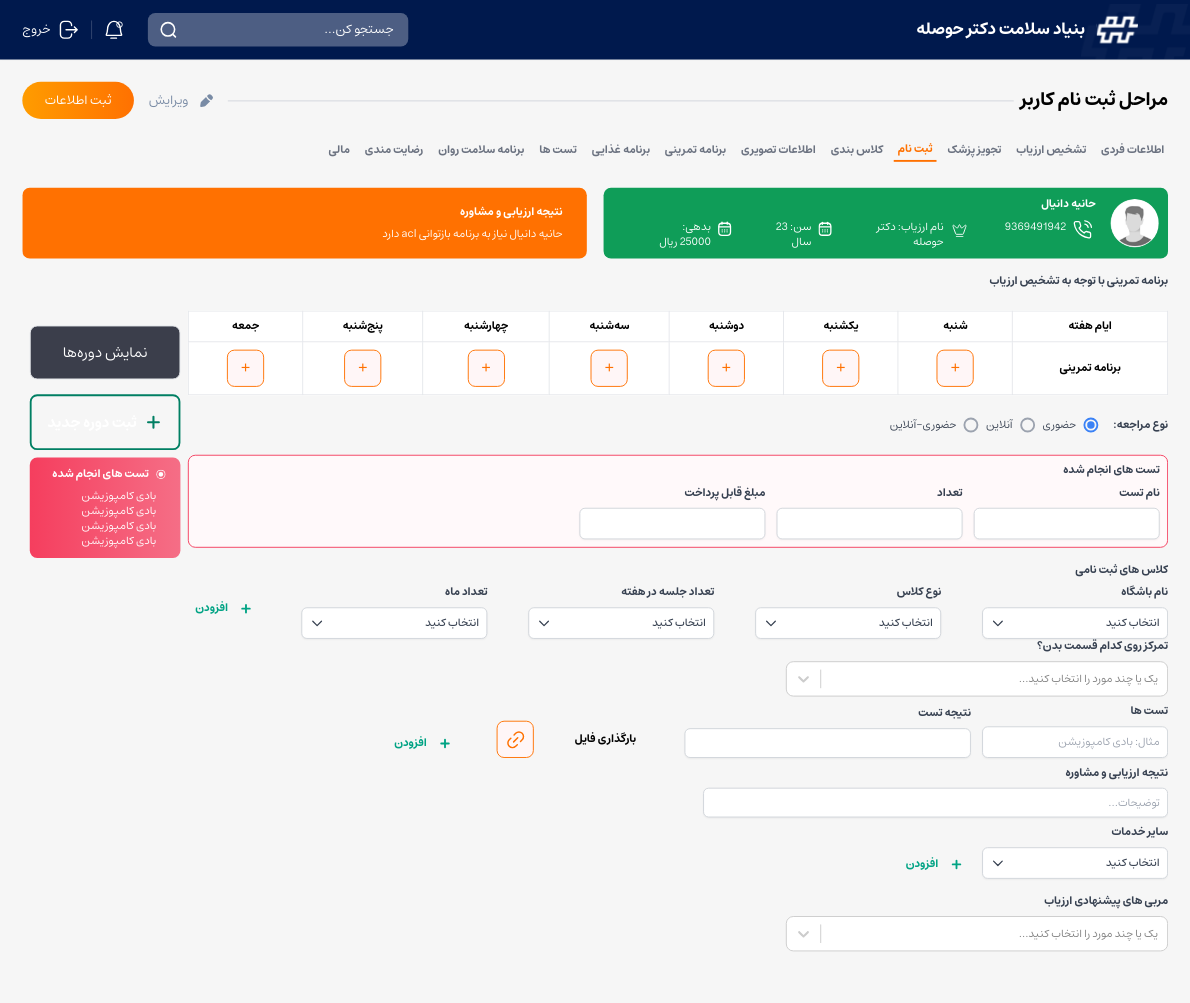
Repository: mirnajafi/ERP_hoseleh_V1.0
Page: /register, after clicking the first element matching `div.flex > :nth-child(4)`
These files come from the project's save history. The page is drawn as it stood at one moment and after the next save; the edit follows.
The browser window is 1280 px wide. The pictures show the whole page, at 93% of full size.
Some web fonts or font styles are not loaded; a fallback is used. The project was rebuilt for these pictures with package versions that can differ from the ones it lists, and the page was loaded fresh each time. The framework's server and built-in components were replaced by stand-ins that run in the browser. Also part of the build but not shown: next.config.mjs, src/components/icons/trash.tsx, src/components/weekTable/weekTable.css, src/components/icons/copy.tsx, src/components/recognitionEvaluator/recognitionEvaluator.tsx.

Above is the page before, as saved 2025-02-28 23:56:47.

### src/app/layout.tsx
/* eslint-disable @next/next/no-img-element */
import type { Metadata } from "next";
import Header from "@/components/layout/Header";
import "@/app/globals.css";


export const metadata: Metadata = {
  title: "دکتر حوصله",
  description: "بنیاد سلامت دکتر حوصله",
};

export default function RootLayout({ children }: { children: React.ReactNode }) {
  return (
    <html lang="fa" dir="rtl">
      <body className="bg-dashboard-bg min-h-screen">
        {/* Header includes SidebarToggle, so no need to add Sidebar separately */}
        <Header />
        {/* Main Content Area */}
        <main className="transition-all duration-300 mt-16 p-6">
          {children}
        </main>

      </body>
    </html>
  );
}

### src/app/globals.css
@tailwind base;
@tailwind components;
@tailwind utilities;

@font-face {
  font-family: 'Estedad';
  src: url('/fonts/Estedad-Regular.woff2') format('woff2');
  font-weight: normal;
  font-style: normal;
  font-display: swap;
}

@font-face {
  font-family: 'Estedad';
  src: url('/fonts/Estedad-Bold.woff2') format('woff2');
  font-weight: bold;
  font-style: normal;
  font-display: swap;
}

@font-face {
  font-family: 'Estedad';
  src: url('/fonts/Estedad-Medium.woff2') format('woff2');
  font-weight: 500;
  font-style: normal;
  font-display: swap;
}

@font-face {
  font-family: 'Estedad';
  src: url('/fonts/Light.woff2') format('woff2');
  font-weight: 400;
  font-style: normal;
  font-display: swap;
}

@layer base {
  html {
    font-family: 'Estedad'
  }
}

### src/components/formTab/formTab.tsx
import { useState } from "react";

interface Tab {
  label: string;
  content: React.ReactNode;
}

interface TabsProps {
  tabs: Tab[];
  defaultIndex?: number;
}

const Tabs: React.FC<TabsProps> = ({ tabs, defaultIndex = 0 }) => {
  const [activeIndex, setActiveIndex] = useState(defaultIndex);

  return (
    <div className="w-full overflow-hidden">
      <div className="flex py-3 overflow-x-auto whitespace-nowrap">
        {tabs.map((tab, index) => (
          <button
            key={index}
            className={`ml-2 p-1 text-nowrap text-xs font-bold text-sm focus:outline-none ${activeIndex === index
                ? "border-b-2 border-[#FF7101] text-[#FF7101]"
                : "text-gray-500 hover:text-[#FF7101]"
              }`}
            onClick={() => setActiveIndex(index)}
          >
            {tab.label}
          </button>
        ))}
      </div>

      <div className="py-4">{tabs[activeIndex].content}</div>
    </div>
  );
};

export default Tabs;

### src/components/registration/registration.tsx
import Select from "react-select/base";
import WeekTable from "../weekTable/weekTable";
import TransparentBtn from "../transparentBtn/transparentBtn";
import Dropdown from "../dropdown/dropdown";
import InputDescription from "../inputDescription/inputDescription";
import FileUploader from "../fileUploader/fileUploader";
import Input from "../input/input";
import InformationUserBox from "../informationUserBox/informationUserBox";
import { useState } from "react";
import ResultBox from "../resultBox/resultBox";
import PlusIcon from "../icons/plus";
import LeftSideBox from "../leftSideBox/leftSideBox";
import RadioButton from "../radioBtn/radioBtn";

const Registration = () => {

    const [selectedOptions, setSelectedOptions] = useState([]);


    const handleSelect = (option: string) => {
        console.log("انتخاب شده:", option);
    };
    const handleFileUpload = (files: File[]) => {
        console.log("فایل‌های آپلود شده:", files);
    };

    const [selected, setSelected] = useState<string>("option1");


    const [selectedDay, setSelectedDay] = useState<string>("");

    const handleDaySelect = (day: string) => {
        setSelectedDay(day);
    };

    return (
        <div>
            <div className="w-full flex flex-row">
                <InformationUserBox name="حانیه دانیال" age="23" phoneNumber={'9369491942'} evaluator="دکتر حوصله" debt="25000" imageSrc="/images/defaultUser.png" className="w-1/2 lg:ml-2" />
                <ResultBox resultText={"حانیه دانیال نیاز به برنامه بازتوانی acl دارد"} className="w-1/2 lg:mr-2" />
            </div>



            <div className="flex flex-row  my-4 items-center">
                <label className="mb-2 text-xs font-bold text-gray-700 ml-2">برنامه تمرینی با توجه به تشخیص ارزیاب</label>

            </div>

            <div className="w-full flex flex-row">

                <div className="w-full flex flex-col">
                    <WeekTable
                        apiUrl="https://api.majidvalizadeh.com/jalali/next7"
                        selectedDay={selectedDay}
                        onDaySelect={handleDaySelect}
                    />
                    <div className="flex flex-row my-4">
                        <label className="my-2 text-xs font-bold text-gray-700 ml-4">نوع مراجعه:</label>
                        <RadioButton
                            label="حضوری"
                            name="options"
                            value="option1"
                            checked={selected === "option1"}
                            onChange={setSelected}
                        />
                        <RadioButton
                            label="آنلاین"
                            name="options"
                            value="option2"
                            checked={selected === "option2"}
                            onChange={setSelected}
                        />
                        <RadioButton
                            label="حضوری-آنلاین"
                            name="options"
                            value="option3"
                            checked={selected === "option3"}
                            onChange={setSelected}
                        />
                    </div>


                    <div className="w-full xl:py-2 my-0  flex flex-col  border border-[#F53E5E] rounded-[8px] p-[8px] bg-[#FFF9FA]">
                        <label className="text-xs font-bold text-gray-700 ml-4">تست های انجام شده</label>

                        <div className="flex flex-row">
                            <Input
                                label="نام تست"
                                type="text"
                                value={''}
                                onChange={() => { }}
                                placeholder=""
                            />
                            <Input
                                label="تعداد "
                                type="text"
                                value={''}
                                onChange={() => { }}
                                placeholder=""
                            />

                            <Input
                                label="مبلغ قابل پرداخت"
                                type="text"
                                value={''}
                                onChange={() => { }}
                                placeholder=""
                            />
                        </div>
                    </div>

                    <div className="flex flex-col  w-full xl:items-start xl:justify-right ">
                        <label className="text-xs font-bold text-gray-700 ml-4 mt-4">کلاس های ثبت نامی</label>
                        <div className="w-full flex flex-row items-end justify-between">
                            <Dropdown
                                label=" نام باشگاه"
                                options={["گزینه 1", "گزینه 2", "گزینه 3"]}
                                onSelect={handleSelect}
                            />
                            <Dropdown
                                label="نوع کلاس"
                                options={["گزینه 1", "گزینه 2", "گزینه 3"]}
                                onSelect={handleSelect}
                            />
                            <Dropdown
                                label="تعداد جلسه در هفته"
                                options={["گزینه 1", "گزینه 2", "گزینه 3"]}
                                onSelect={handleSelect}
                            />
                            <Dropdown
                                label="تعداد ماه"
                                options={["گزینه 1", "گزینه 2", "گزینه 3"]}
                                onSelect={handleSelect}
                            />
                            <TransparentBtn label='افزودن' />
                        </div>
                    </div>
                </div>

                <div className="w-1/6 p-2 flex flex-col">
                    <button className="bg-[#3B3E4B] text-white p-4 w-full border rounded-[8px] my-2">نمایش دوره‌ها</button>
                    <button className="bg-transparent text-[#007F63] text-white p-4 w-full border-2 border-[#007F63] rounded-[8px] flex items-center justify-center font-bold my-2"><PlusIcon width={20} height={20} /> ثبت دوره جدید</button>
                    <LeftSideBox title={"تست های انجام شده"} test1={"بادی کامپوزیشن"} />
                </div>
            </div>


            <div className="flex flex-col  w-ful xl:w-1/3">
                <label className="mb-2 text-xs font-bold text-gray-700">تمرکز روی کدام قسمت بدن؟</label>
                <Select
                    isMulti
                    options={[
                        { value: "apple", label: "سیب" },
                        { value: "banana", label: "موز" },
                        { value: "orange", label: "پرتقال" },
                        { value: "grape", label: "انگور" },
                        { value: "watermelon", label: "هندوانه" },
                    ]}
                    value={selectedOptions}
                    onChange={setSelectedOptions}
                    placeholder="یک یا چند مورد را انتخاب کنید..."
                    noOptionsMessage={() => "موردی یافت نشد"}
                    isClearable
                    isSearchable
                    className="text-xs "
                    styles={{
                        control: (base) => ({
                            ...base,
                            borderRadius: "8px",
                            borderColor: "#ccc",
                            boxShadow: "none",
                            "&:hover": { borderColor: "#888" },
                        }),
                    }}
                />
            </div>
            <div className="flex flex-col xl:flex-row w-full xl:items-end xl:justify-right ">
                <Input
                    label="تست ها"
                    type="text"
                    value={''}
                    onChange={() => { }}
                    placeholder="مثال: بادی کامپوزیشن "
                />
                <InputDescription
                    label="نتیجه تست"
                    value={''}
                    placeholder=""
                    className="xl:w-1/4 max-w-[500px]"
                />

                <FileUploader onFileUpload={handleFileUpload} accept="image/*" multiple />
                <TransparentBtn label='افزودن' />
            </div>
            <div className="flex flex-col xl:flex-row w-full xl:items-end xl:justify-right ">

                <InputDescription
                    label="نتیجه ارزیابی و مشاوره"
                    value={''}
                    placeholder="توضیحات..."
                    className="xl:w-1/2 max-w-[500px]"
                    height="h-24"
                />

            </div>


            <div className="flex flex-col xl:flex-row w-full xl:items-end xl:justify-right ">
                <Dropdown
                    label="سایر خدمات"
                    options={["گزینه 1", "گزینه 2", "گزینه 3"]}
                    onSelect={handleSelect}
                />
                <TransparentBtn label='افزودن' />

            </div>
            <div className="flex flex-col  w-ful xl:w-1/3 my-4">
                <label className="mb-2 text-xs font-bold text-gray-700">مربی های پیشنهادی ارزیاب</label>
                <Select
                    isMulti
                    options={[
                        { value: "apple", label: "سیب" },
                        { value: "banana", label: "موز" },
                        { value: "orange", label: "پرتقال" },
                        { value: "grape", label: "انگور" },
                        { value: "watermelon", label: "هندوانه" },
                    ]}
                    value={selectedOptions}
                    onChange={setSelectedOptions}
                    placeholder="یک یا چند مورد را انتخاب کنید..."
                    noOptionsMessage={() => "موردی یافت نشد"}
                    isClearable
                    isSearchable
                    className="text-xs "
                    styles={{
                        control: (base) => ({
                            ...base,
                            borderRadius: "8px",
                            borderColor: "#ccc",
                            boxShadow: "none",
                            "&:hover": { borderColor: "#888" },
                        }),
                    }}
                />
            </div>


        </div>
    )

}
export default Registration;

### src/components/SearchInput/SearchInput.tsx
/* eslint-disable @next/next/no-img-element */
"use client";

interface SearchInputProps {
  placeholder?: string;
  className?: string;
}

export default function SearchInput({ placeholder = "جستجو کن...", className = "" }: SearchInputProps) {
  return (
    <div className="relative w-[280px]">
      <input
        type="text"
        placeholder={placeholder}
        className={`w-full h-9 bg-white bg-opacity-30 rounded-lg px-4 text-white placeholder:text-white text-sm focus:outline-none ${className}`}
      />
      <img
        src="/icons/left-icon.svg"
        alt="search"
        className="absolute left-2 top-1/2 -translate-y-1/2 w-7 h-7 brightness-0 invert"
      />
    </div>
  );
}

### src/components/formHeader/formHeader.css
.customeGradient{
    background: linear-gradient(270deg, #FF7101 0%, #FF9C00 100%);
    color: white;
    border-radius: 50px;
    padding:  10px 24px;
}

### src/components/transparentBtn/transparentBtn.tsx
'use client'; // اضافه کردن این خط برای فعال کردن کامپوننت در Client-side

import React from "react";

interface BtnProps {
    label: string;
}

const TransparentBtn: React.FC<BtnProps> = ({ label }) => {

    return (
        <div className="w-250px text-[#01A384] h-full flex xl:items-center xl:justify-center">
            <button className="flex flex-row p-2  h-full flex items-center justify-center font-bold text-xs
">
                <svg width="15" height="15" viewBox="0 0 14 15" fill="none" xmlns="http://www.w3.org/2000/svg" className="ml-3">
                    <path d="M7 3.41666V11.5833" stroke="#01A384" stroke-width="2" stroke-linecap="round" stroke-linejoin="round" />
                    <path d="M2.91602 7.5H11.0827" stroke="#01A384" stroke-width="2" stroke-linecap="round" stroke-linejoin="round" />
                </svg>
                {label}
            </button>
        </div>
    );
};

export default TransparentBtn;

### src/components/inputDescription/inputDescription.tsx
'use client';  // اضافه کردن این خط برای فعال کردن کامپوننت در Client-side

import React from "react";

interface InputProps {
  label: string;
  value: string;
  placeholder?: string;
  required?: boolean;
  className?: string;
  height?:string;
}

const InputDescription: React.FC<InputProps> = ({
  label,
  value,
  placeholder,
  required = false,
  className = "",
  height
}) => {
  return (
    <div className={`w-full xl:w-1/2 ml-3 max-w-[500px] ${className}`}>
      <label className="block text-xs text-gray-700 mb-2 mt-4 xl:my-2 font-bold font-bold">{label}</label>

      <textarea
        value={value}
        placeholder={placeholder}
        required={required}
        className={`block w-full h-8 ${height} p-2 resize-none max-w-200 overflow-hidden text-xs border border-gray-300 rounded-md shadow-sm focus:outline-none focus:ring-2 focus:ring-indigo-500 focus:border-indigo-500`}
      />
    </div>
  );
};

export default InputDescription;

### src/components/resultBox/resultBox.tsx
'use client';

import React from "react";
import './resultBox.css';


interface ResultBoxProps {
    resultText: string;
    className?: string;
}

const ResultBox: React.FC<ResultBoxProps> = ({
    resultText,
    className
}) => {
    return (
        <div className={`w-full flex flex-col lg:flex-row containResultBox text-xs ${className}`}>
            <div className="flex flex-col mr-4">
                <div className="font-bold">نتیجه ارزیابی و مشاوره</div>
                <div className="flex flex-col justify-center items-start lg:flex-row mt-2">
                    <span className="ml-10 flex flex-row-reverse">{resultText}</span>
                </div>
            </div>
        </div>
    );
};

export default ResultBox;

### src/components/icons/plus.tsx
'use client';

import React from "react";

interface IconProps {
    width?: number;
    height?: number;
    color?: string;
}

const PlusIcon: React.FC<IconProps> = ({ width, height }) => {
    return (
        <svg width={width} height={height} viewBox="0 0 36 36" fill="none" className="ml-2" xmlns="http://www.w3.org/2000/svg">
        <path d="M18 7.5V28.5" stroke="#007F63" stroke-width="4" stroke-linecap="round" stroke-linejoin="round"/>
        <path d="M7.5 18H28.5" stroke="#007F63" stroke-width="4" stroke-linecap="round" stroke-linejoin="round"/>
        </svg>


    );
};

export default PlusIcon;

### src/components/radioBtn/radioBtn.tsx
import React from "react";

interface RadioButtonProps {
  label: string;
  name: string;
  value: string;
  checked: boolean;
  onChange: (value: string) => void;
}

const RadioButton: React.FC<RadioButtonProps> = ({ label, name, value, checked, onChange }) => {
  return (
    <label className="flex items-center space-x-2 cursor-pointer text-xs">
      <input
        type="radio"
        name={name}
        value={value}
        checked={checked}
        onChange={() => onChange(value)}
        className="hidden"
      />
      <div
        className={`w-4 h-4 rounded-full border-2 ${
          checked ? "border-blue-500" : "border-gray-400"
        } flex items-center justify-center transition-all`}
      >
        {checked && <div className="w-2 h-2 bg-blue-500 rounded-full" />}
      </div>
      <span className="text-gray-700">{label}</span>
    </label>
  );
};

export default RadioButton;

### src/components/icons/uploader.tsx
'use client';

import React from "react";

interface IconProps {
    width?: number;
    height?: number;
    color?: string;
}

const UploaderIcon: React.FC<IconProps> = ({ width, height }) => {
    return (<svg width={width} height={height} viewBox="0 0 24 24" fill="none" xmlns="http://www.w3.org/2000/svg">
        <path d="M14.1211 9.87866L9.87845 14.1213" stroke="#FF7101" stroke-width="1.5" stroke-linecap="round" />
        <path d="M10.334 7.00003L12.0006 5.33336C13.8416 3.49239 16.8264 3.49239 18.6673 5.33335V5.33335C20.5083 7.17431 20.5083 10.1591 18.6673 12.0001L17.0007 13.6667" stroke="#FF7101" stroke-width="1.5" stroke-linecap="round" />
        <path d="M13.666 17L11.9994 18.6666C10.1584 20.5076 7.17362 20.5076 5.33266 18.6666V18.6666C3.4917 16.8257 3.4917 13.8409 5.33266 11.9999L6.99934 10.3333" stroke="#FF7101" stroke-width="1.5" stroke-linecap="round" />
    </svg>
    );
};

export default UploaderIcon;

### src/components/informationUserBox/informationUserBox.css
.containInfoBox {
  background: #0f9d58;
  color: white;
  justify-content: right;
  align-items: center;
  padding: 10px;
  border-radius: 8px;
}
.imageUser {
  border-radius: 100%;
}

### src/components/resultBox/resultBox.css
.containResultBox {
  background: #FF7101;
  color: white;
  justify-content: right;
  align-items: center;
  padding: 10px;
  border-radius: 8px;
  margin-right: 10px;
}

### src/components/leftSideBox/leftSideBox.css
.containLeftSideBox {
  background: linear-gradient(270deg, #F56E86 0%, #F53E5E 100%);
  color: white;
  justify-content: right;
  align-items: center;
  padding: 10px;
  border-radius: 8px;
}
.special-margin{
  margin-right: -10px;
}

### src/components/icons/circle.tsx

'use client';

import React from "react";

interface IconProps {
    width?: number;
    height?: number;
    color?: string;
}

const CircleIcon: React.FC<IconProps> = ({ width = 21, height = 22 }) => {
    return (
        <svg width={width} height={height} viewBox="0 0 12 12" className="ml-2" fill="none" xmlns="http://www.w3.org/2000/svg">
            <rect width="12" height="12" rx="6" fill="white" />
            <rect x="2" y="2" width="8" height="8" rx="4" fill="white" />
            <rect x="2" y="2" width="8" height="8" rx="4" stroke="#F56B84" stroke-width="2" />
        </svg>

    );
};

export default CircleIcon;

### tailwind.config.ts
import type { Config } from "tailwindcss";

const config: Config = {
  content: [
    "./src/pages/**/*.{js,ts,jsx,tsx,mdx}",
    "./src/components/**/*.{js,ts,jsx,tsx,mdx}",
    "./src/containers/**/*.{js,ts,jsx,tsx,mdx}",
    "./src/app/**/*.{js,ts,jsx,tsx,mdx}",
  ],
  theme: {
    extend: {
      colors: {
        "deep-blue": "#1E3A8A",
        "green": "#8BC34A",
        "orange": "#F97316",
        "red": "#E02D40",
        "yellow": "#FBBF24",
        background: "var(--background)",
        foreground: "var(--foreground)",
        secondry: {
          blue: {
            900: "#00194D",
          },
        },
        primery: {
          600: "#FF7101"
        },
        dashboard: {
          bg: "#F6F6F6"
        }
      },
    },
  },
  plugins: [],
};
export default config;

Loaded but not shown: src/components/personalInfo/personalInfo.tsx (302 lines, source omitted); src/components/weekTable/weekTable.tsx (87 lines, source omitted); src/components/dropdown/dropdown.tsx (69 lines, source omitted); src/components/icons/evaluator.tsx (26 lines, source omitted); src/components/inputDate/inputDate.tsx (67 lines, source omitted); src/components/informationUserBox/informationUserBox.tsx (61 lines, source omitted); src/components/icons/calendar.tsx (35 lines, source omitted); src/components/icons/phoneNumber.tsx (20 lines, source omitted); src/components/formHeader/formHeader.tsx (32 lines, source omitted); src/components/fileUploader/fileUploader.tsx (54 lines, source omitted); src/components/layout/Header.tsx (44 lines, source omitted); src/app/register/page.tsx (48 lines, source omitted); src/components/leftSideBox/leftSideBox.tsx (35 lines, source omitted); src/components/input/input.tsx (40 lines, source omitted)

After the next save:
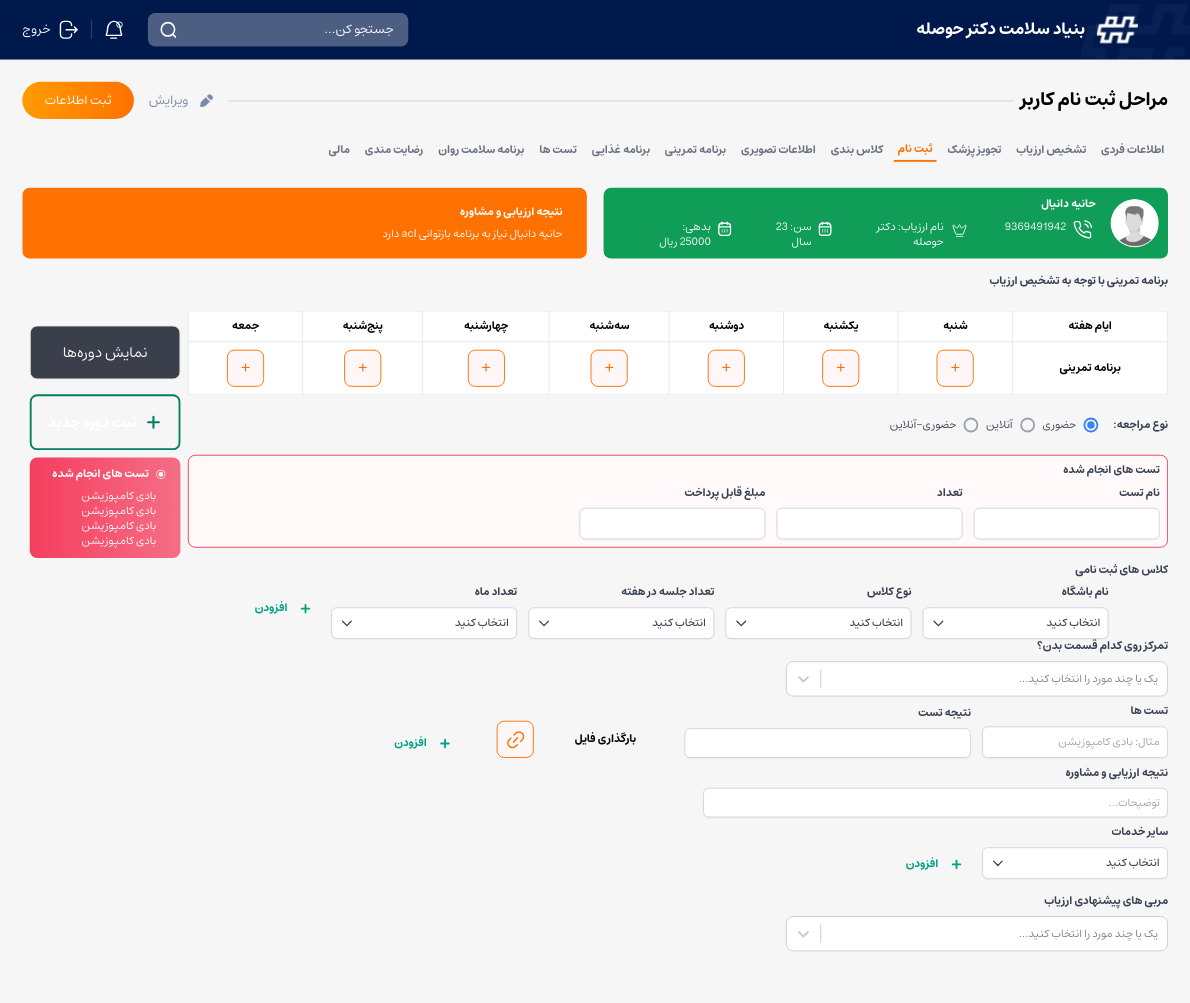
Saved 4 s later.
--- a/src/components/registration/registration.tsx
+++ b/src/components/registration/registration.tsx
@@ -112,7 +112,7 @@ const Registration = () => {
 
                     <div className="flex flex-col  w-full xl:items-start xl:justify-right ">
                         <label className="text-xs font-bold text-gray-700 ml-4 mt-4">کلاس های ثبت نامی</label>
-                        <div className="w-full flex flex-row items-end justify-between">
+                        <div className="w-full flex flex-row items-end justify-center">
                             <Dropdown
                                 label=" نام باشگاه"
                                 options={["گزینه 1", "گزینه 2", "گزینه 3"]}
